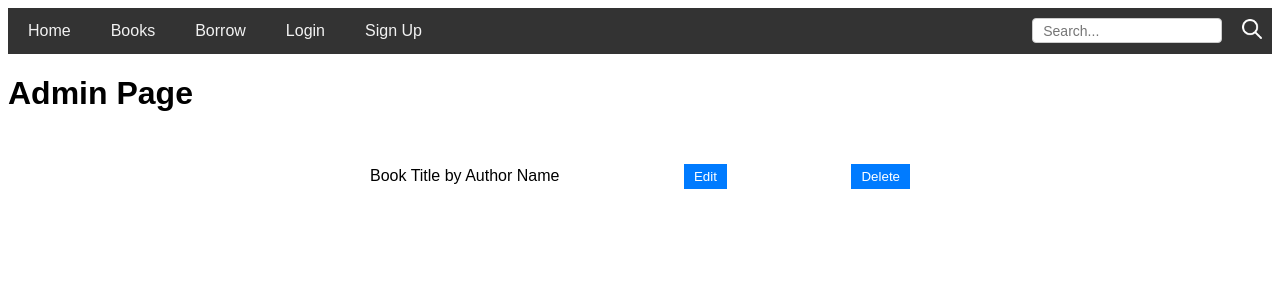
Repository: fadyesk12/Web-Technology-Course-Project
Page: auth/admin.html
These files come from the project's save history. The page is drawn as it stood at one moment and after the next save; the edit follows.
The browser window is 1280 px wide. The pictures show the whole page.

Above is the page before, as saved 2024-04-20 09:52:58.

### auth/admin.html
<!DOCTYPE html>
<html lang="en">

<head>
    <meta charset="UTF-8">
    <meta name="viewport" content="width=device-width, initial-scale=1.0">
    <title>Admin Page</title>
    <link rel="stylesheet" href="../Styling/admin.css">
</head>

<body>
    <div id="navbar">
        <a href="../index.html">Home</a>
        <a href="../book_list.html">Books</a>
        <a href="../borrow.html">Borrow</a>
        <a href="../auth/login.html">Login</a>
        <a href="../auth/signup.html">Sign Up</a>
        <div class="search">
            <form action="" method="get">
                <input type="text" placeholder="Search...">
                <button type="submit"><img src="../PICS/search.png"></button>
            </form>
        </div>
    </div>
    <h1>Admin Page</h1>
    <div class="container">
        <div id="bookList">
            <div class="book-row">
                <span>Book Title by Author Name</span>
                <button>Edit</button>
                <button>Delete</button>
            </div>
        </div>
    </div>
</body>

</html>

### Styling/admin.css
#navbar {
    overflow: hidden;
    background-color: #333;
}

#navbar a {
    float: left;
    display: block;
    color: #f2f2f2;
    text-align: center;
    padding: 14px 20px;
    text-decoration: none;
}

#navbar a:hover {
    background-color: #ddd;
    color: black;
}

body {
    font-family: Arial, sans-serif;
}

.container {
    width: 100%;
    max-width: 600px;
    margin: 0 auto;
    padding: 20px;
    box-sizing: border-box;
}

#bookList {
    width: 100%;
}

.book-row {
    display: flex;
    justify-content: space-between;
    align-items: center;
    padding: 10px;
    border-bottom: 1px solid #ccc;
}

.book-row:last-child {
    border-bottom: none;
}

button {
    margin-left: 10px;
    background-color: #007bff;
    color: white;
    border: none;
    padding: 5px 10px;
    cursor: pointer;
}

button:hover {
    background-color: #0056b3;
}

input[type="text"] {
    width: 100%;
    padding: 10px;
    border: 1px solid #ccc;
    border-radius: 4px;
    box-sizing: border-box;
}

.search {
    margin-top: 10px;
    float: right;
}

.search input {
    width: 75%;
    height: 25px;
    font-size: 14px;
}

.search img {
    width: 20px;
}

.search button {
    background-color: #333;
    border: 0;
    height: 25px;
    padding: 0 10px;
}

.search form {
    display: flex;
    justify-content: flex-end;
}

After the next save:
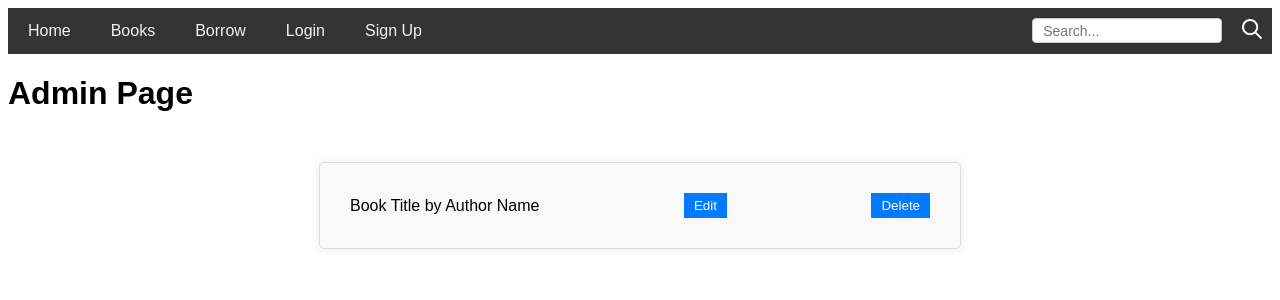
Saved 79 s later.
--- a/Styling/admin.css
+++ b/Styling/admin.css
@@ -22,11 +22,13 @@
 }
 
 .container {
-    width: 100%;
     max-width: 600px;
-    margin: 0 auto;
+    margin: 50px auto;
     padding: 20px;
-    box-sizing: border-box;
+    border: 1px solid #ddd;
+    border-radius: 5px;
+    background-color: #f9f9f9;
+    box-shadow: 0 0 10px rgba(0, 0, 0, 0.1);
 }
 
 #bookList {
